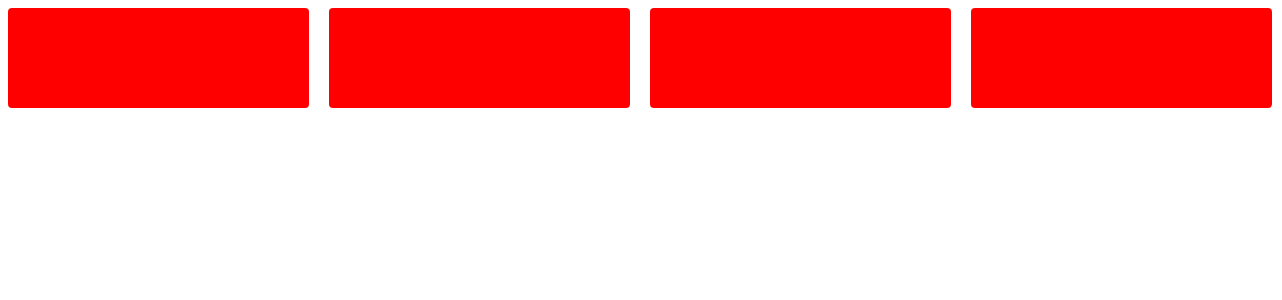
Repository: lagezhou888/element-vue2
Page: /#/button
An editor plug-in stored every save of this project. The page is shown before and after the next save, followed by the edit.
The browser window is 1280 px wide. The page is 1282 px wide, so the pictures cover 1282 px, including what lies to the right of the window. The pictures show the whole page.
The project was rebuilt for these pictures with package versions that can differ from the ones it lists, and the page was loaded fresh each time. Also part of the build but not shown: src/components/HelloWorld.vue, src/views/Home.vue.

Above is the page before, as saved 2021-05-13 10:43:59.

After the next save:
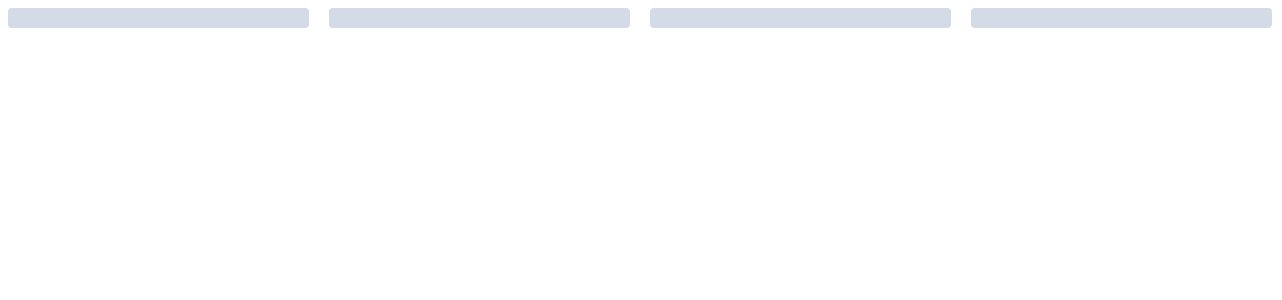
Saved 17 s later.
--- a/src/views/components/use-button.vue
+++ b/src/views/components/use-button.vue
@@ -24,7 +24,7 @@ export default ({
     border-radius: 4px;
     height: @minH;
     &:first-child  {
-      background: red;
+      height: 20px;
     }
   }
 </style>
